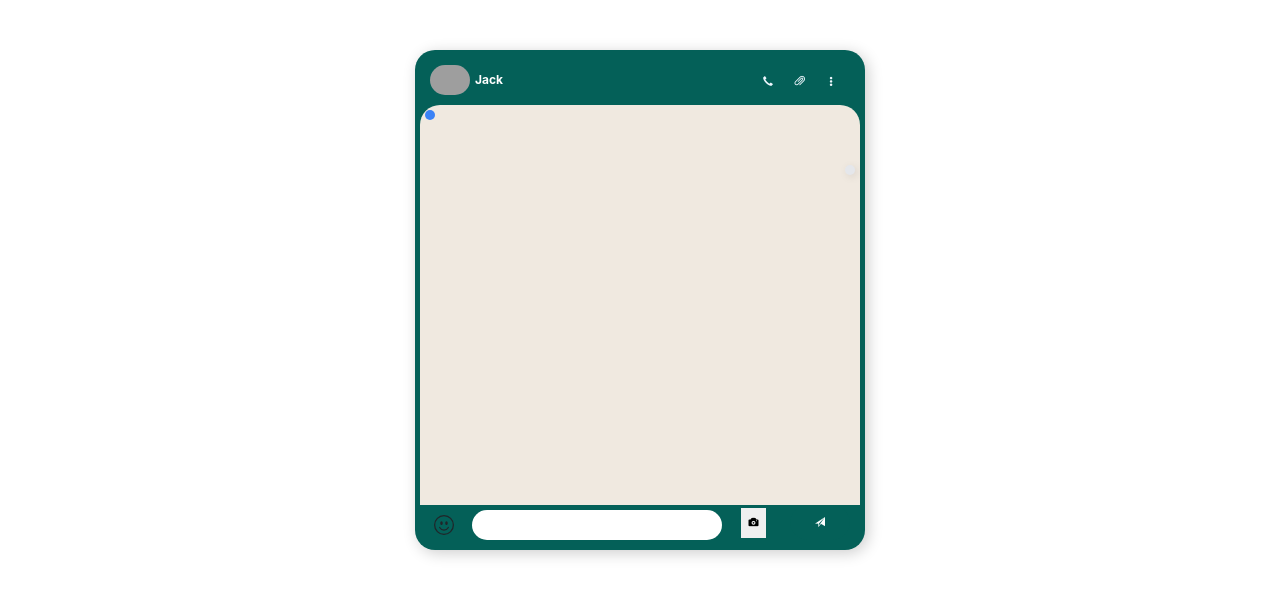
Repository: sibi24sibi/php-mysql-manal-chatbot
Page: http://localhost/
These files come from the project's save history. The page is drawn as it stood at one moment and after the next save; the edit follows.
The browser window is 1280 px wide. The pictures show the whole page.
Pictures or frames that could not be fetched are drawn as grey boxes. The page is run by PHP 8.4 with error messages shown; the project is at /var/www/html/.

Above is the page before, as saved 2023-01-15 15:49:48.

### index.php
<!DOCTYPE html>
<html lang="en">
<head>
    <meta charset="UTF-8">
    <meta http-equiv="X-UA-Compatible" content="IE=edge">
    <meta name="viewport" content="width=device-width, initial-scale=1.0">
    <title>Document</title>
    <link rel="stylesheet" href="style.css">
    <link href="//maxcdn.bootstrapcdn.com/bootstrap/3.3.6/css/bootstrap.min.css" type="text/css" rel="stylesheet">
    <link rel="stylesheet" href="https://cdn.jsdelivr.net/npm/bootstrap@4.6.2/dist/css/bootstrap.min.css" integrity="sha384-xOolHFLEh07PJGoPkLv1IbcEPTNtaed2xpHsD9ESMhqIYd0nLMwNLD69Npy4HI+N" crossorigin="anonymous">
</head>
<body>
    <div class="bot-windows">
        <div class="bot-window-materail">

            <div class="profile d-flex">

                <div class="profile-pic p-2 bd-highlight">
                    <img src="https://cdn.statusqueen.com/dpimages/thumbnail/anime_boy_dp-2331.jpg" alt="" srcset="">
                </div>
                <div class="profile-name align-self-center">
                    Jack
                </div>

                <div class="window-option ml-auto align-self-center">
                    <button type="button" class="btn btn-default" aria-label="Left Align">
                        <span class="glyphicon glyphicon-earphone" style="color:aliceblue" aria-hidden="true"></span>
                    </button>
                    <button type="button" class="btn btn-default" aria-label="Left Align">
                        <span class="glyphicon glyphicon-paperclip" style="color:aliceblue" aria-hidden="true"></span>
                    </button>
                    <button type="button" class="btn btn-default" aria-label="Left Align">
                        <span class="glyphicon glyphicon-option-vertical" style="color:aliceblue" aria-hidden="true"></span>
                    </button>
                </div>

            </div>
        </div>

             <div class="flex-container  chat-screen ">





                <div id="body">

                        <div class="userSection">
                        <div class="messages user-message">

                        </div>
                        <div class="seperator"></div>
                        </div>
                        <div class="botSection">
                        <div class="messages bot-reply">

                        </div>
                        <div class="seperator"></div>
                        </div>
                </div>
            </div>

                <div class="bottom-tools d-flex flex-items">

                        <button type="button" class="btn btn-default align-self-center " aria-label="Left Align">
                            <svg xmlns="http://www.w3.org/2000/svg" width="20" height="20" fill="currentColor" class="bi bi-emoji-smile" viewBox="0 0 16 16">
                                <path d="M8 15A7 7 0 1 1 8 1a7 7 0 0 1 0 14zm0 1A8 8 0 1 0 8 0a8 8 0 0 0 0 16z"/>
                                <path d="M4.285 9.567a.5.5 0 0 1 .683.183A3.498 3.498 0 0 0 8 11.5a3.498 3.498 0 0 0 3.032-1.75.5.5 0 1 1 .866.5A4.498 4.498 0 0 1 8 12.5a4.498 4.498 0 0 1-3.898-2.25.5.5 0 0 1 .183-.683zM7 6.5C7 7.328 6.552 8 6 8s-1-.672-1-1.5S5.448 5 6 5s1 .672 1 1.5zm4 0c0 .828-.448 1.5-1 1.5s-1-.672-1-1.5S9.448 5 10 5s1 .672 1 1.5z"/>
                            </svg>
                        </button>
                        <input type="text" id="userInput" class="send-box mr-auto p-2 align-self-center" placeholder="" aria-label="Search" aria-describedby="search-addon"  name="messages"/>

                    <button type="button" class="camera align-self-center p-2 bd-highlight" aria-label="Left Align">
                        <span class="glyphicon glyphicon-camera" style="color:black" aria-hidden="true"></span>
                    </button>
                    <button id="send" class="send-button align-self-center send ml-auto p-2 bd-highlight" aria-label="Left Align">
                        <span class="glyphicon glyphicon-send" style="color:white" aria-hidden="true"></span>
                    </button>
                </div>




    </div>


      <script type="text/javascript">

      document.querySelector("#send").addEventListener("click", async () => {
        let xhr = new XMLHttpRequest();
        var userMessage = document.querySelector("#userInput").value

        let userHtml = '<div class="userSection">'+'<div class="messages user-message">'+userMessage+'</div>'+
        '<div class="seperator"></div>'+'</div>'

        document.querySelector('#body').innerHTML+= userHtml;

        xhr.open("POST", "query.php");
        xhr.setRequestHeader("Content-type", "application/x-www-form-urlencoded");
        xhr.send(`messageValue=${userMessage}`);

        xhr.onload = function () {
            let botHtml = '<div class="botSection">'+'<div class="messages bot-reply">'+this.responseText+'</div>'+
            '<div class="seperator"></div>'+'</div>'

            document.querySelector('#body').innerHTML+= botHtml;
        }

      })

    </script>

  </body>
  </html>

### style.css
body{
    margin: 0;
    padding: 0;
    display: flex;
    align-items: center;
    justify-content: center;
    font-family: "Rubik", sans-serif;
  }

  .bot-windows {
    margin: 50px 0;
    height: 500px;
    width: 450px;
    background-color:rgb(4, 96, 88);
    box-shadow: 3px 3px 15px rgba(0, 0, 0, 0.2) ;
    padding: 5px;
    border-radius: 20px;
  }
  .bot-window-materail {
    margin: 5px 5px 5px 5px;
    width: 450px;

  }
  .profile {
    color:white;
    font-size: larger;
    font-weight: bold;
  }
  .profile img {
    height: 30px;
    weight: 30px;
    border-radius: 50px;
  }

  .window-option {
    font-size: 20px;
    margin-right: 30px;

  }
  .chat-screen{
    background-color: rgb(240, 233, 224);
    border-radius: 20px 20px 0px 0px;
    height: 400px;
    overflow: auto;
    justify-content: space-between;
  }
.send-box{
  border-color: transparent;
  box-shadow: transparent;
  background-color: rgb(255, 255, 255);
  border-radius: 50px;
  outline-color: transparent;
  height: 30px;
  width: 250px;
}
.send-button{
  background-color:rgb(4, 96, 88);
  border-radius: 40px;
  border-color: transparent;
  height: 35px;
  width: 60px;
  margin-left: 15px;
  margin-right: 10px;
  margin-bottom: 5px;
}
svg{
  margin-left: 5px;
  margin-right: 10px;
  outline: transparent;
  outline-style: none;
}
.input-group{
  margin-bottom: 5px;
}
.camera{
  margin-left: 5px;
  margin-right: 10px;
  margin-bottom: 5px;
  border-color: transparent;
  height: 30px;
}
.secure{
  background-color: bisque;
  padding: 10px;
  margin: 10px;
}

.bottom-tools{

}

#bot {
  margin: 50px;
  height: 700px;
  width: 450px;
  background: white;
  display: flex;
  align-items: center;
  justify-content: center;
  box-shadow: 3px 3px 15px rgba(0, 0, 0, 0.2) ;
  border-radius: 20px;
}

.userSection {
    width: 100%;
  }



  .user-message {
    margin-top: 1rem;
    text-align: left;
    background: #3B82F6;
    color: white;
    float: left;
  }

  .messages {
    max-width: 60%;
    margin: .5rem;
    font-size: 1.2rem;
    padding: .5rem;
    border-radius: 7px;
  }


  .seperator {
    width: 100%;
    height: 50px;
  }

  .bot-reply {
    text-align: right;
    background: #E5E7EB;
    margin-top: 1rem;
    float: right;
    color: black;
    box-shadow: 2px 2px 8px rgba(0, 0, 0, 0.1);
  }




  .flex-container {
    display: flex;
    flex-direction: column;
    flex-wrap: nowrap;
    justify-content: space-between;
    align-items: normal;
    align-content: normal;
  }

  .flex-items:nth-child(1) {
    display: block;
    flex-grow: 0;
    flex-shrink: 1;
    flex-basis: auto;
    align-self: auto;
    order: 0;
  }

  .flex-items:nth-child(2) {
    display: block;
    flex-grow: 0;
    flex-shrink: 1;
    flex-basis: auto;
    align-self: auto;
    order: 0;
  }

After the next save:
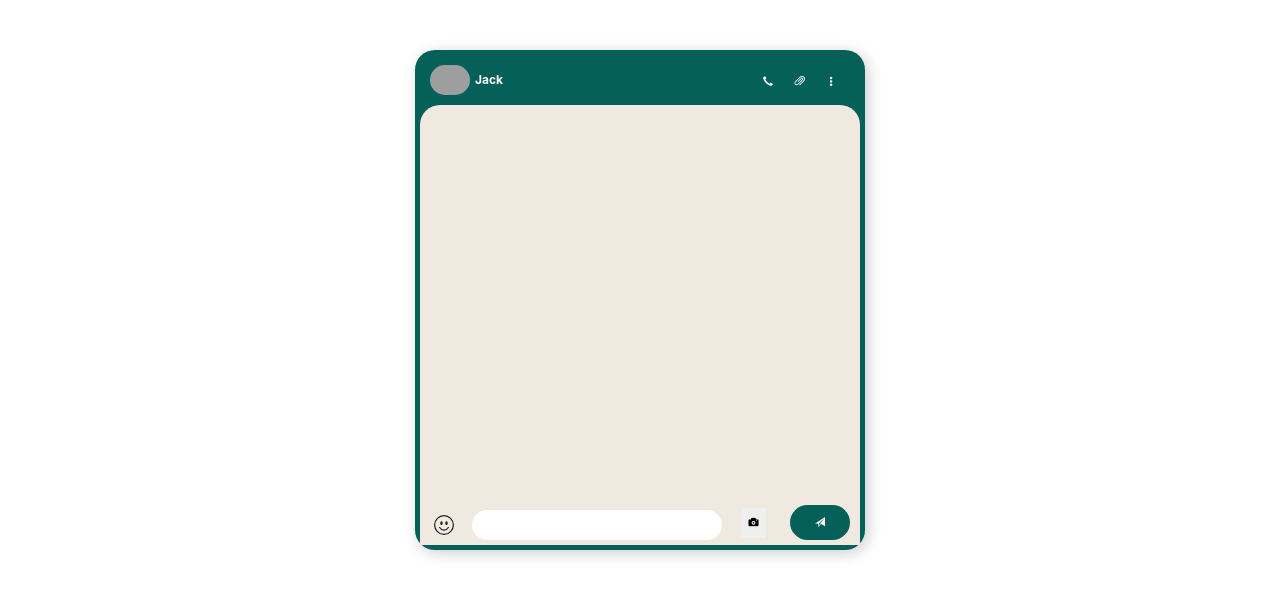
Saved 52 s later.
--- a/style.css
+++ b/style.css
@@ -86,8 +86,7 @@
 }
 
 .bottom-tools{
-
-}
+  background-color: rgb(240, 233, 224);
 
 #bot {
   margin: 50px;
